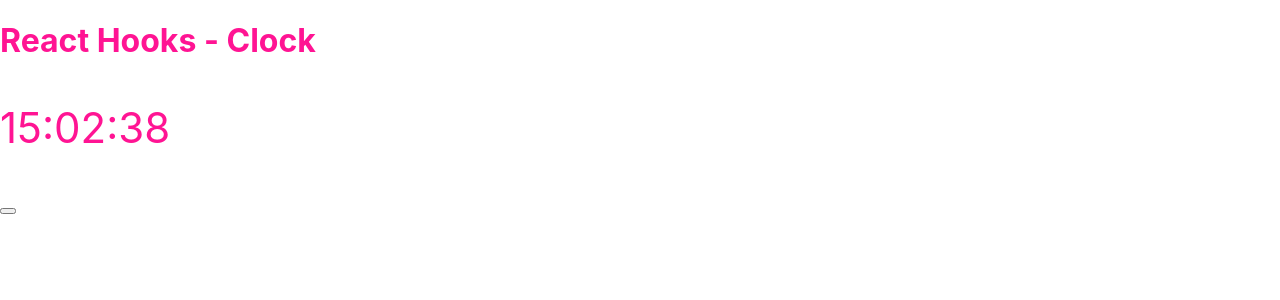
Repository: trongtamdev/react-hooks-basic
Page: /
An editor plug-in stored every save of this project. The page is shown before and after the next save, followed by the edit.
The browser window is 1280 px wide. The pictures show the whole page.
The page's requests for data from a server got no answer. The project was rebuilt for these pictures with package versions that can differ from the ones it lists, and the page was loaded fresh each time. No one was signed in, and anything a server would have sent is missing. Also part of the build but not shown: src/components/ColorBox/ColorBox.scss, src/components/ColorBox/index.jsx, src/components/TodoList/index.jsx, src/components/TodoForm/index.jsx, src/components/PostList/index.jsx, src/components/Pagination/index.jsx, src/components/PostFiltersForm/index.jsx.

Above is the page before, as saved 2022-09-06 10:23:29.

### src/App.js
import logo from './logo.svg';
import './App.scss';
import queryString from 'query-string';
import ColorBox from './components/ColorBox';
import { useEffect, useState } from 'react';
import TodoList from './components/TodoList';
import TodoForm from './components/TodoForm';
import PostList from './components/PostList';
import Pagination from './components/Pagination';
import PostFiltersForm from './components/PostFiltersForm';
import Clock from './components/Clock';

function App() {
  const [todoList, setTodoList] = useState([
    { id: 1, title: 'I love Easy Frontend! 😍 ' },
    { id: 2, title: 'We love Easy Frontend! 🥰 ' },
    { id: 3, title: 'They love Easy Frontend! 🚀 ' },
  ]);

  const [postList, setPostList] = useState([]);
  const [pagination, setPagination] = useState({
    _page: 1,
    _limit: 10,
    _totalRows: 1,
  });
  const [filters, setFilters] =useState({
    _limit: 10,
    _page: 1,
  })



  useEffect(() => {
    async function fetchPostList(){
      //...
      try {
        const paramsString = queryString.stringify(filters);
        const requestUrl=`http://js-post-api.herokuapp.com/api/posts?${paramsString}`;
        const response = await fetch(requestUrl);
        const responseJSON = await response.json();
        console.log({responseJSON});

        const {data , pagination}= responseJSON;
        setPostList(data);
        setPagination(pagination);
      } catch (error) {
        console.log('Failed to fetch post list: ', error.message)
      }

    }

    fetchPostList();
  },[filters]);


  function handlePageChange (newPage) {
    console.log('New Page: ', newPage)
    setFilters({
      ...filters,
      _page: newPage,
    })
  }

  function handleTodoClick(todo){
    console.log(todo)
    const index = todoList.findIndex(x => x.id===todo.id);
    if(index <0) return;

    const newTodoList= [...todoList];
    newTodoList.splice(index,1);
    setTodoList(newTodoList);
  }

  function handleTodoFormSubmit (formValues){
    console.log('Form submit:' ,formValues)
    const newTodo={
      id: todoList.length + 1,
      ...formValues,
    };
    const newTodoList=[...todoList] ;
    newTodoList.push(newTodo);
    setTodoList(newTodoList);
  }

  function handleFiltersChange(newFilters){
    console.log('New Filters: ', newFilters)
    setFilters({
      ...filters,
      _page: 1,
      title_like: newFilters.searchTerm,
    });
  }

  const [showClock, setShowClock] = useState(true);

  return (
    <div className="App">
      <h1>React Hooks - Clock</h1>

      <Clock/>
      <button></button>
      {/* <TodoForm onSubmit={handleTodoFormSubmit}/> */}
      {/* <TodoList todos={todoList} onTodoClick={handleTodoClick}/> */}

      {/* <PostFiltersForm onSubmit={handleFiltersChange}/>
      <PostList posts={postList} />
      <Pagination
        pagination={pagination}
        onPageChange={handlePageChange}
      /> */}


      {/* <ColorBox /> */}
    </div>
  );
}

export default App;

### src/App.scss
.App {
  color: deeppink;
}

### src/components/Clock/index.jsx
import React, { useEffect, useState } from 'react';
import PropTypes from 'prop-types';

Clock.propTypes = {

};

function formatDate(date) {
    if (!date) return '';

    const hours = `0${date.getHours()}`.slice(-2);
    const minutes = `0${date.getMinutes()}`.slice(-2);
    const seconds = `0${date.getSeconds()}`.slice(-2);

    return `${hours}:${minutes}:${seconds}`;
}

function Clock() {

    const [timeString, setTimeString] = useState('');

    useEffect(() => {
        setInterval(() => {
            const now = new Date();
            //HH:mm:ss
            const newTimeString = formatDate(now);

            setTimeString(newTimeString);
        }, 1000)
    }, [])

    return (
        <div>
            <p style={{ fontSize: '42px' }}>{timeString}</p>
        </div>
    );
}

export default Clock;

Loaded but not shown: public/index.html (common file); src/index.js (common file); src/index.css (common file); src/reportWebVitals.js (common file)

After the next save:
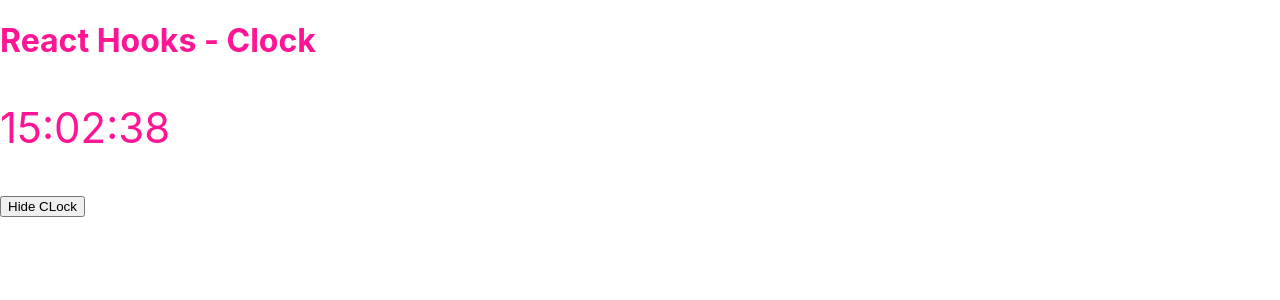
Saved 6 s later.
--- a/src/App.js
+++ b/src/App.js
@@ -98,7 +98,7 @@ function App() {
       <h1>React Hooks - Clock</h1>
 
       <Clock/>
-      <button></button>
+      <button>Hide CLock</button>
       {/* <TodoForm onSubmit={handleTodoFormSubmit}/> */}
       {/* <TodoList todos={todoList} onTodoClick={handleTodoClick}/> */}
 
